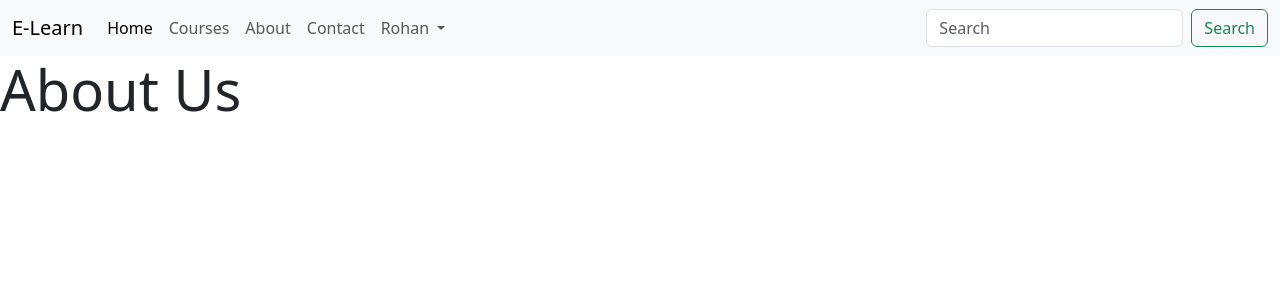
Repository: syni18/bootstrap_elarn
Page: About.html
These files come from the project's save history. The page is drawn as it stood at one moment and after the next save; the edit follows.
The browser window is 1280 px wide. The pictures show the whole page.

Above is the page before, as saved 2023-10-25 23:02:33.

### About.html
<!doctype html>
<html lang="en">
  <head>
    <meta charset="utf-8">
    <meta name="viewport" content="width=device-width, initial-scale=1">
    <title>E-Learning</title>
    <link href="https://cdn.jsdelivr.net/npm/bootstrap@5.3.2/dist/css/bootstrap.min.css" rel="stylesheet" integrity="sha384-T3c6CoIi6uLrA9TneNEoa7RxnatzjcDSCmG1MXxSR1GAsXEV/Dwwykc2MPK8M2HN" crossorigin="anonymous">
  </head>
  <body>
    <nav class="navbar navbar-expand-lg bg-body-tertiary">
  <div class="container-fluid">
    <a class="navbar-brand" href="#">E-Learn</a>
    <button class="navbar-toggler" type="button" data-bs-toggle="collapse" data-bs-target="#navbarSupportedContent" aria-controls="navbarSupportedContent" aria-expanded="false" aria-label="Toggle navigation">
      <span class="navbar-toggler-icon"></span>
    </button>
    <div class="collapse navbar-collapse" id="navbarSupportedContent">
      <ul class="navbar-nav me-auto mb-2 mb-lg-0">
        <li class="nav-item">
          <a class="nav-link active" aria-current="page" href="#">Home</a>
        </li>
        <li class="nav-item">
          <a class="nav-link" href="#">Courses</a>
        </li>
        <li class="nav-item">
          <a class="nav-link" href="#">About</a>
        </li>
        <li class="nav-item">
          <a class="nav-link" href="#">Contact</a>
        </li>
        <li class="nav-item dropdown">
          <a class="nav-link dropdown-toggle" href="#" role="button" data-bs-toggle="dropdown" aria-expanded="false">
            Rohan
          </a>
          <ul class="dropdown-menu">
            <li><a class="dropdown-item" href="#">My Profile</a></li>
            <li><a class="dropdown-item" href="#">My Courses</a></li>
            <li><hr class="dropdown-divider"></li>
            <li><a class="dropdown-item" href="#">Log Out</a></li>
          </ul>
        </li>
      </ul>
      <form class="d-flex" role="search">
        <input class="form-control me-2" type="search" placeholder="Search" aria-label="Search">
        <button class="btn btn-outline-success" type="submit">Search</button>
      </form>
    </div>
  </div>
</nav>
<div>
    <h4 class="display-4">About Us</h4>
</div>
    <script src="https://cdn.jsdelivr.net/npm/bootstrap@5.3.2/dist/js/bootstrap.bundle.min.js" integrity="sha384-C6RzsynM9kWDrMNeT87bh95OGNyZPhcTNXj1NW7RuBCsyN/o0jlpcV8Qyq46cDfL" crossorigin="anonymous"></script>
  </body>
</html>

After the next save:
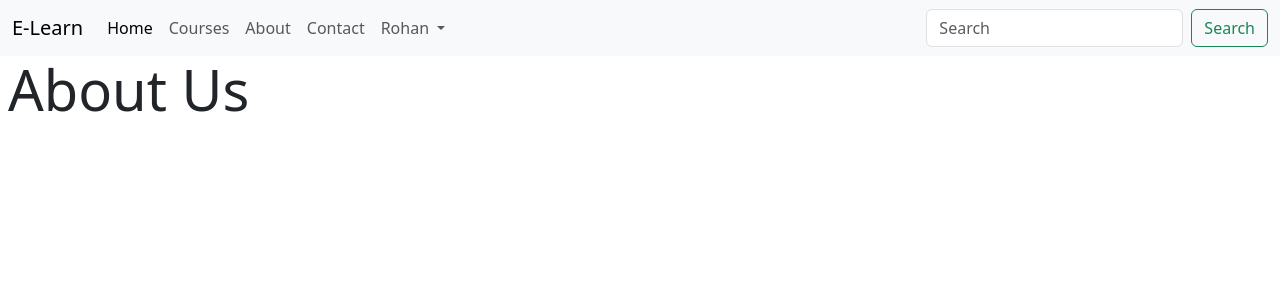
Saved 13 s later.
--- a/About.html
+++ b/About.html
@@ -47,7 +47,7 @@
   </div>
 </nav>
 <div>
-    <h4 class="display-4">About Us</h4>
+    <h4 class="display-4 ms-2">About Us</h4>
 </div>
     <script src="https://cdn.jsdelivr.net/npm/bootstrap@5.3.2/dist/js/bootstrap.bundle.min.js" integrity="sha384-C6RzsynM9kWDrMNeT87bh95OGNyZPhcTNXj1NW7RuBCsyN/o0jlpcV8Qyq46cDfL" crossorigin="anonymous"></script>
   </body>
